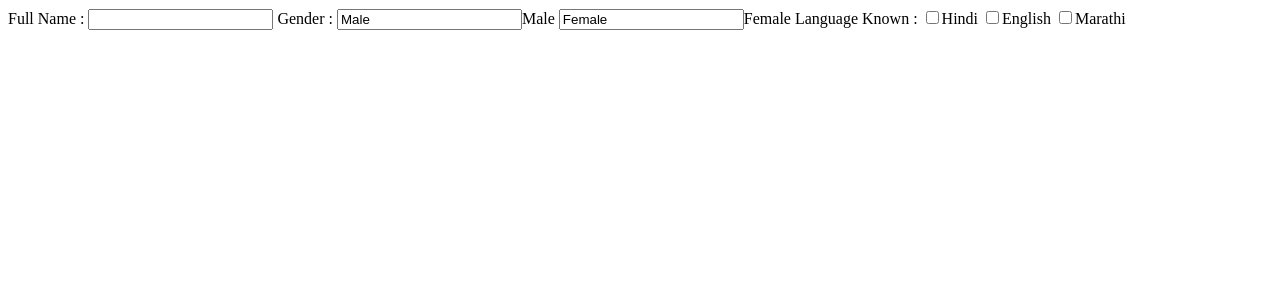
Repository: swapnil-dakhole/Java_code
Page: http://localhost/form_under_jsp/submit.jsp
An editor plug-in stored every save of this project. The page is shown before and after the next save, followed by the edit.
The browser window is 1280 px wide. The pictures show the whole page.
The page is served by Tomcat 9.

Above is the page before, as saved 2024-01-25 05:14:19.

### form under jsp/src/main/webapp/submit.jsp
<%@ page language="java" contentType="text/html; charset=ISO-8859-1"
    pageEncoding="ISO-8859-1"%>
<!DOCTYPE html>
<html>
<head>
<meta charset="ISO-8859-1">
<title>Form</title>
</head>
<body>
	<form action="submit.jsp" method="post">
		Full Name : <input type="text" name="name">
		Gender : <input type="text" name="gender" value="Male" >Male
				 <input type="text" name="gender" value="Female" >Female
		Language Known : <input type="checkbox" name="language" value="Hindi">Hindi
						 <input type="checkbox" name="language" value="English">English
						 <input type="checkbox" name="language" value="Marathi">Marathi
	</form>
</body>
</html>

After the next save:
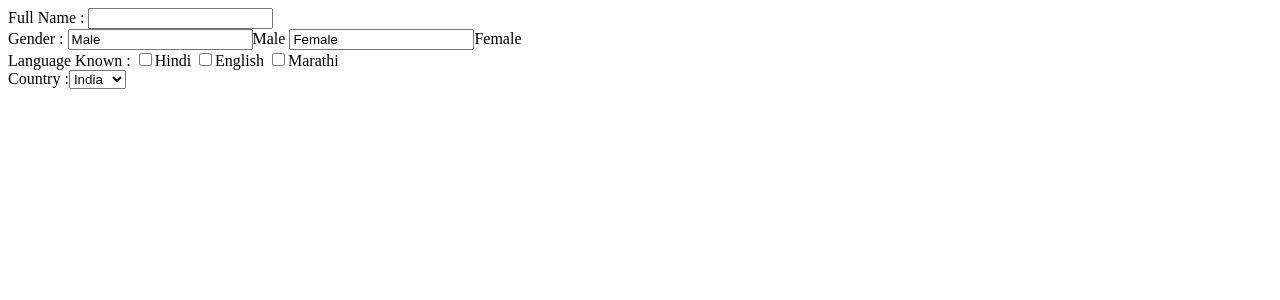
Saved 95 s later.
--- a/form under jsp/src/main/webapp/submit.jsp
+++ b/form under jsp/src/main/webapp/submit.jsp
@@ -8,12 +8,18 @@
 </head>
 <body>
 	<form action="submit.jsp" method="post">
-		Full Name : <input type="text" name="name">
+		Full Name : <input type="text" name="name"><br>
 		Gender : <input type="text" name="gender" value="Male" >Male
-				 <input type="text" name="gender" value="Female" >Female
+				 <input type="text" name="gender" value="Female" >Female<br>
 		Language Known : <input type="checkbox" name="language" value="Hindi">Hindi
 						 <input type="checkbox" name="language" value="English">English
-						 <input type="checkbox" name="language" value="Marathi">Marathi
+						 <input type="checkbox" name="language" value="Marathi">Marathi<br>
+		Country :<select>
+					<option name="country" value="India">India</option>
+					<option name="country" value="Nepal">Nepal</option>
+					<option name="country" value="UK">UK</option>
+
+				 </select>
 	</form>
 </body>
 </html>
